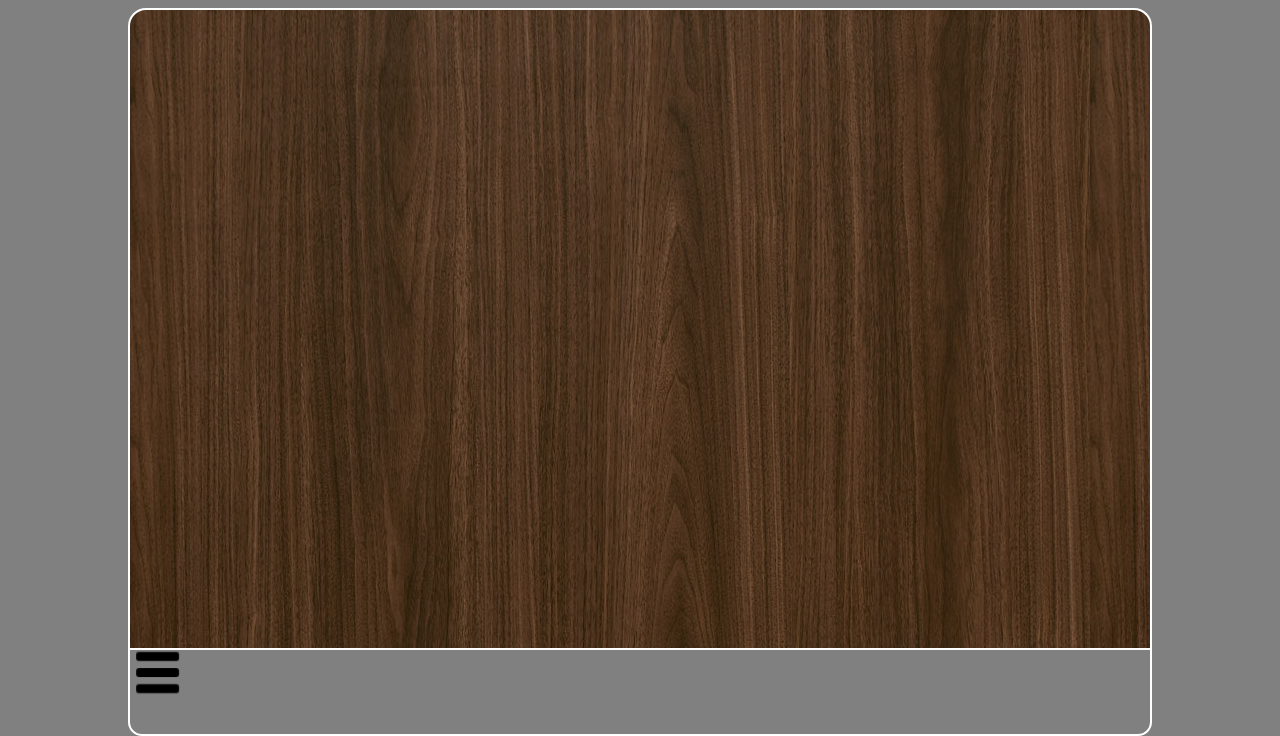
Repository: ls222vy/ls222vy-1dv403-laborationer
Page: 5-pwd/index.html
The author's editor kept a record of every edit. The page is drawn from the files as they stood at one moment, then again after the next edit.
The browser window is 1280 px wide. The pictures show the whole page.

Above is the page before.
Console error: SyntaxError: Unexpected identifier 'window'

### 5-pwd/index.html
<html lang="sv">
<head>
     <meta charset="UTF-8" />
     <title>Desktop</title>
     <link rel="stylesheet" href="css/style.css">


</head>
    <body>
         <div id="webDesk">
             <div id="desktop"></div>
             <div id="menu">

                 <div class="button">

                     <a id="click" href="#"><img src="pics/menuicon.png" /></a>

                 </div>


             </div>

         </div>

          <script src="script/webDesktop.js"></script>
          <script src="script/ajaxCon.js"></script>
    </body>


</html>

### 5-pwd/css/style.css
body {
    background-color: gray;
    font-family : cabin-regular;
    font-weight:500;

     background-position: center center;
}
#webDesk {
    display:block;
    height:640px;
    width:1024px;
    margin: 0 auto;
}
#desktop {
    display:block;
    background-image:url('background/walnutbgpic.jpg');
    height:638px;
    width:1020px;
        border:2px white;
        border-top-style:solid;
        border-right-style:solid;
        border-left-style:solid;
        border-top-right-radius:18px;
        border-top-left-radius:18px;
}
#menu {
    height:84px;
    width:1020px;
    border:2px solid white;
    border-bottom-left-radius:14px;
    border-bottom-right-radius:14px;
}

.button {
    float:left;
    display:block;
    height:inherit;
    margin-left:5px;
    -webkit-transition:-webkit-tranform.2s ease-in-out;

}
 .button:hover {
        -webkit-transform:scale(1.2);
    }

### 5-pwd/script/webDesktop.js
"use strict";

 var webDesktop = {

     init: function (){
         var menuButton = document.getElementById("click");

         //en reset-knapp för att återställa bakgrunden
       //  var resetButton = document.getElementById("reset");
        // var buttonUrl = "css/background/dotted1.png";

        // webDesktop.changeBackground(buttonUrl, resetButton);

         //Gör den till en knapp

         menuButton.onclick = function(){
             var desktop = document.getElementById("desktop");

             //Validerar eller kollar om ett fönster finns. hindrar att fler skapas.

             if (desktop.firstElementchild){
                 return false;
             }
         }
     }


 window.onload = webDesktop.init

Loaded but not shown: 5-pwd/script/ajaxCon.js (no stored copy; drawn as an empty file)

After the next edit:
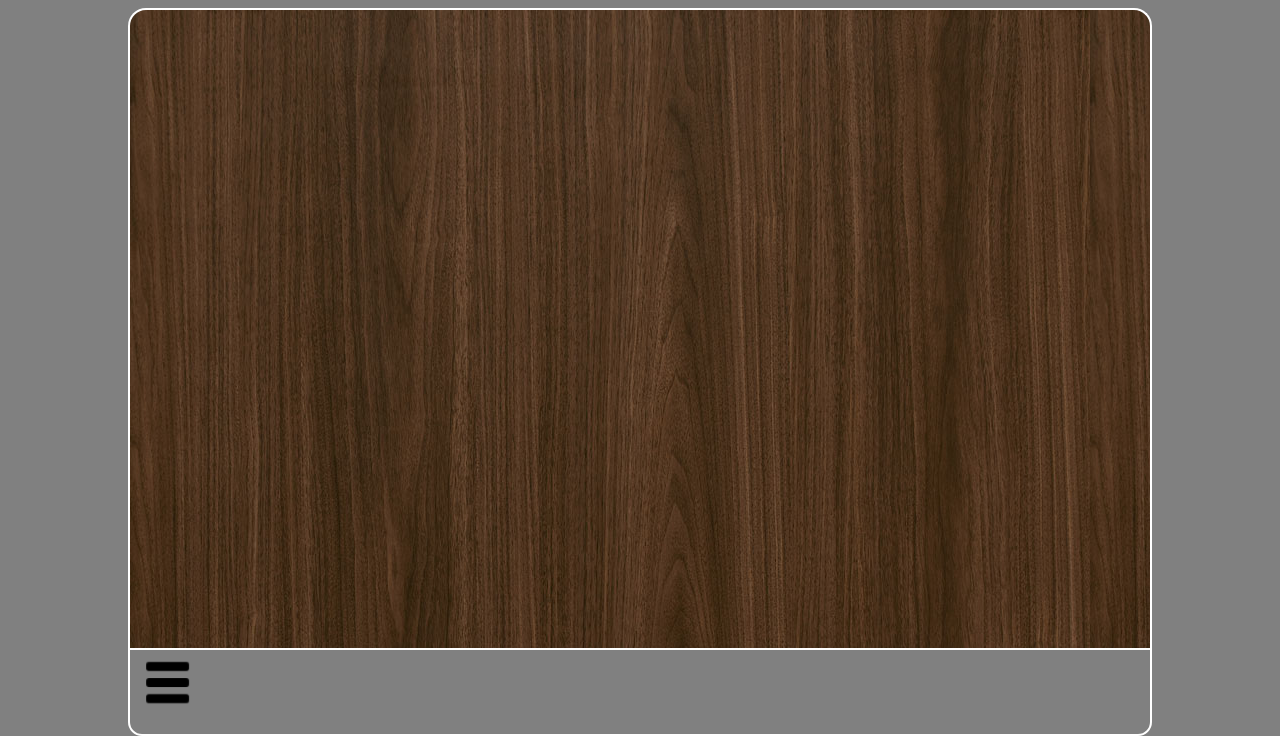
The edit:
--- a/5-pwd/css/style.css
+++ b/5-pwd/css/style.css
@@ -42,3 +42,8 @@ body {
  .button:hover {
         -webkit-transform:scale(1.2);
     }
+#menu img {
+    padding-top :10px;
+    padding-left:10px;
+    padding-right:10px;
+}
